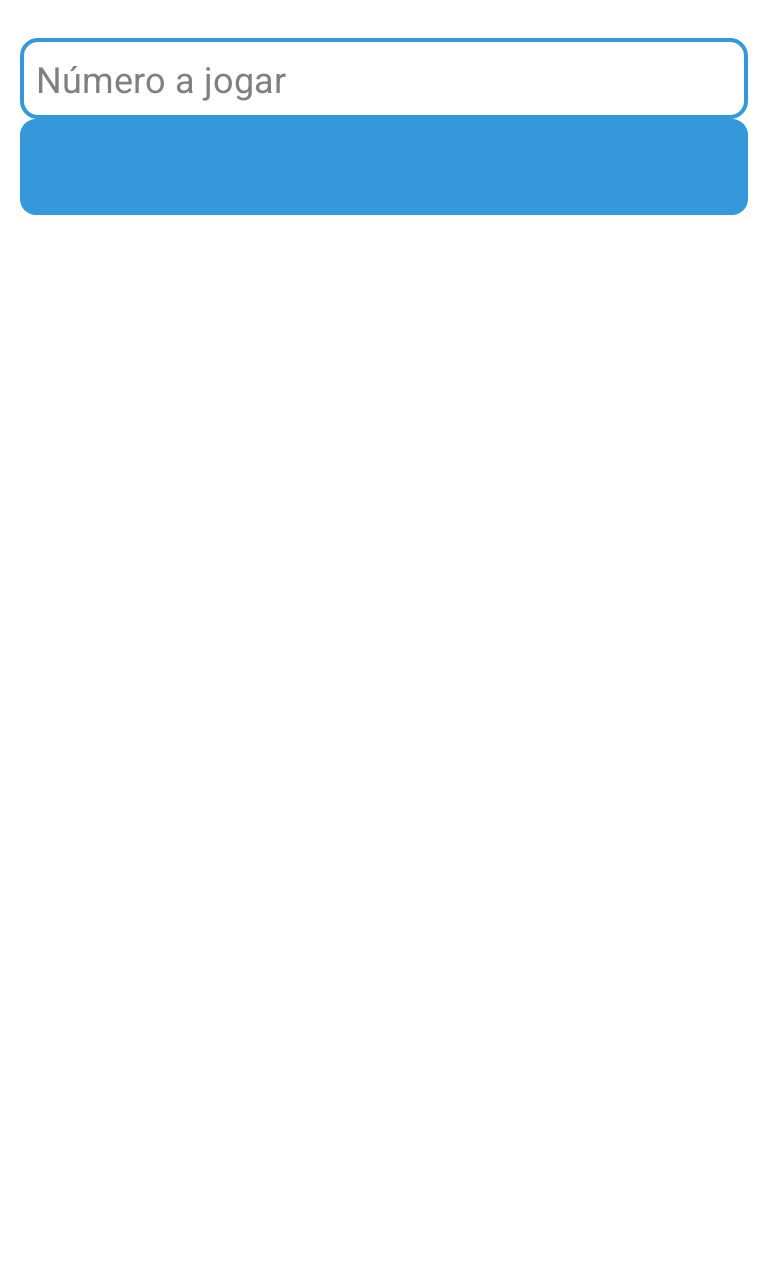
Repository: gokugohan/ddm
Layout: JogoDeAdivinha/res/layout/activity_final.xml
The author's editor kept a copy of each file at every save. The layout is drawn from the files as they stood at one save, then again after the next save.
It is drawn on a 768 x 1280 px phone screen (xhdpi) without system bars, with theme AppTheme; the app's code is not run.

Above is the layout before, as saved 2014-11-07 11:44:28.

After the next save:
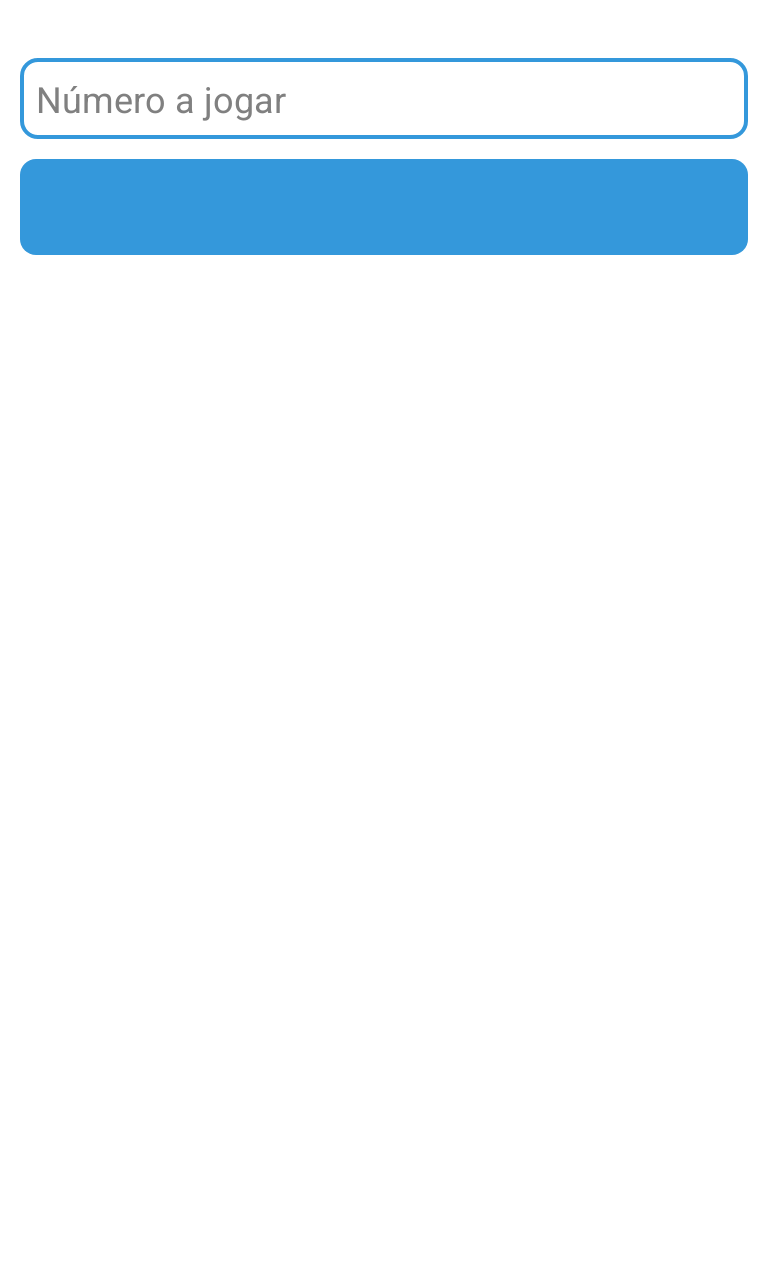
Saved 14 s later.
--- a/JogoDeAdivinha/res/layout/activity_final.xml
+++ b/JogoDeAdivinha/res/layout/activity_final.xml
@@ -15,8 +15,7 @@
         android:id="@+id/id_et_numjogar"
         android:layout_width="match_parent"
         android:layout_height="wrap_content"
-        android:layout_marginLeft="10dp"
-        android:layout_marginRight="10dp"
+        android:layout_margin="10dp"
         android:background="@drawable/custom_edittext"
         android:hint="Número a jogar"/>
 
